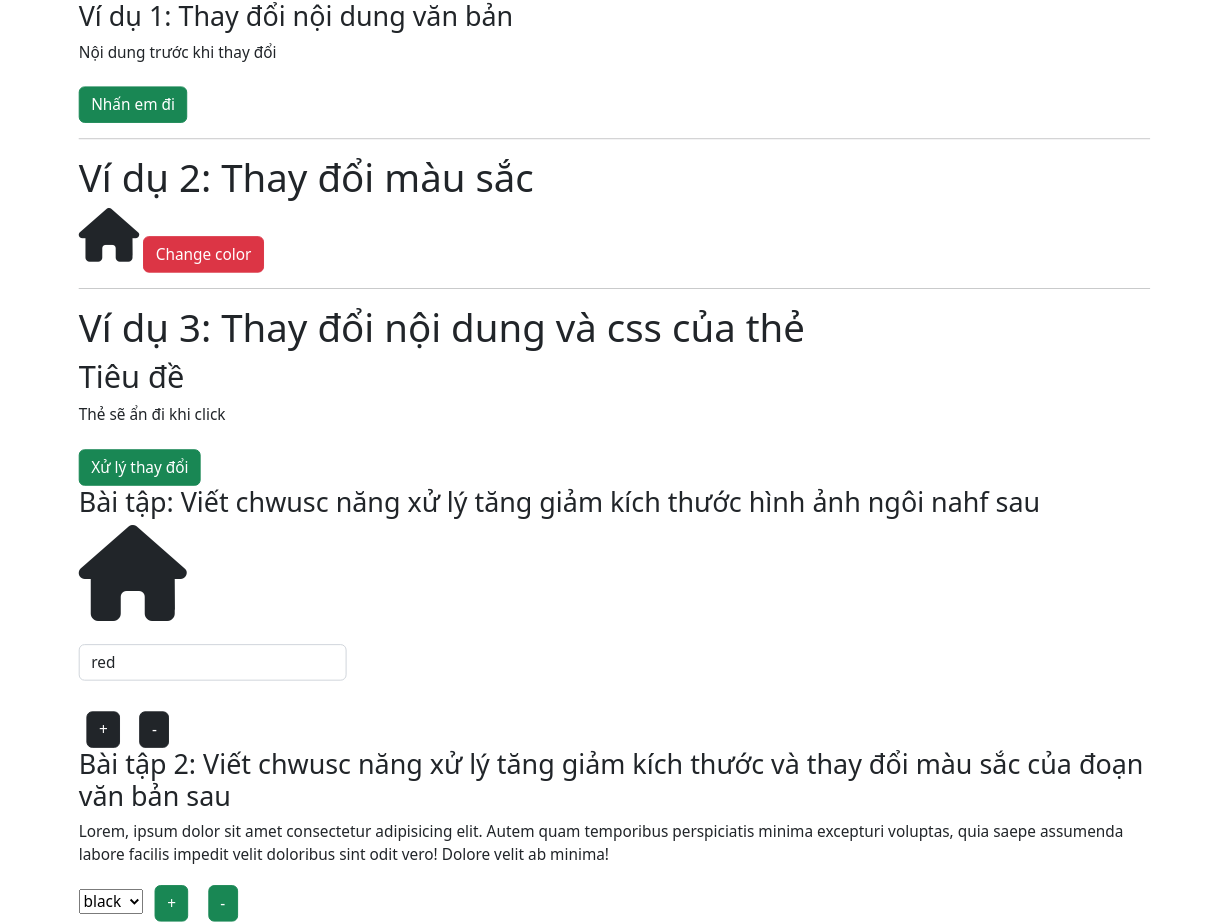
Repository: hcozyph/cyberSoft_JS_fulldocs
Page: JS_2/index.html
These files come from the project's save history. The page is drawn as it stood at one moment and after the next save; the edit follows.
The browser window is 1280 px wide. The pictures show the whole page, at 96% of full size.

Above is the page before, as saved 2023-02-08 19:05:06.

After the next save:
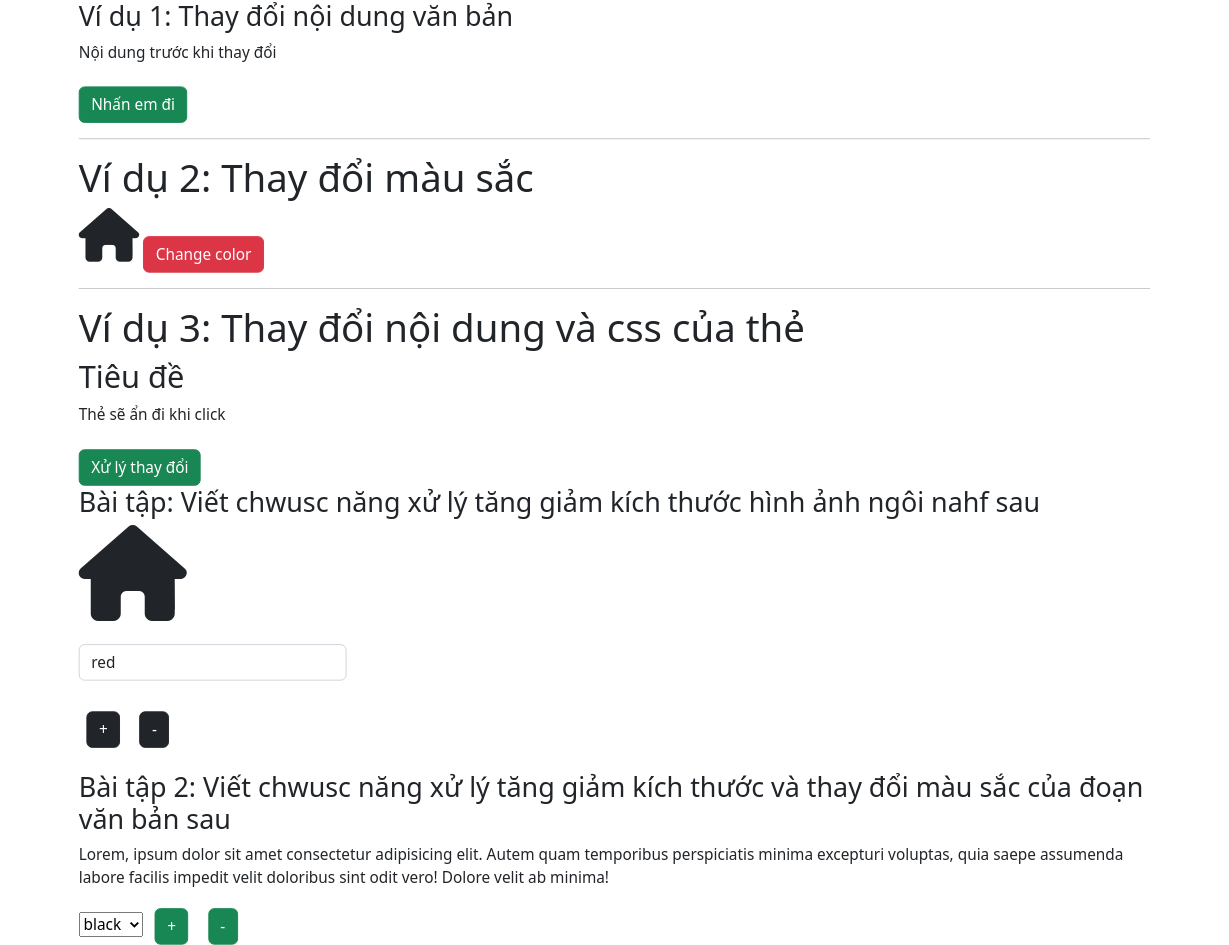
Saved 19 s later.
--- a/JS_2/index.html
+++ b/JS_2/index.html
@@ -80,6 +80,7 @@
             <button class="btn btn-dark mx-2 mt-2" id="btnTang">+</button>
             <button class="btn btn-dark mx-2 mt-2" id="btnGiam">-</button>
 
+            <br /><br />
             <!-- BT2 -->
             <h3>
                 Bài tập 2: Viết chwusc năng xử lý tăng giảm kích thước và thay
